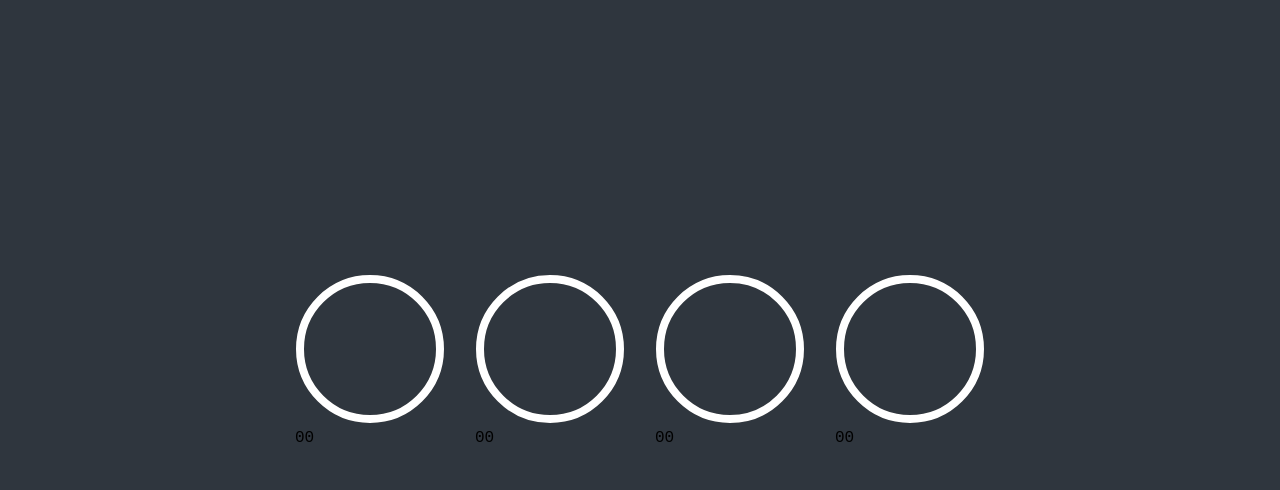
Repository: northpx/happyNY
Page: index.html
The author's editor kept a copy of each file at every save. The page is drawn from the files as they stood at one save, then again after the next save.
The browser window is 1280 px wide. The pictures show the whole page.

Above is the page before, as saved 2022-12-31 10:52:48.

After the next save:
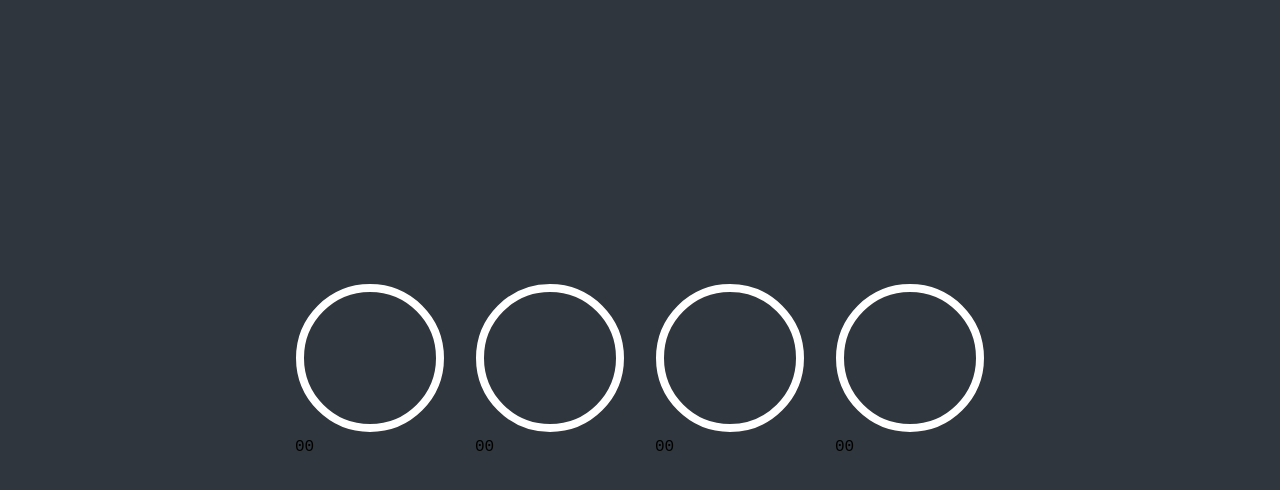
Saved 4 s later.
--- a/style.css
+++ b/style.css
@@ -49,6 +49,6 @@ h1{
     stroke-dasharray: 440;
 }
 
-#time div{
+.time div{
     position: absolute;
 }
